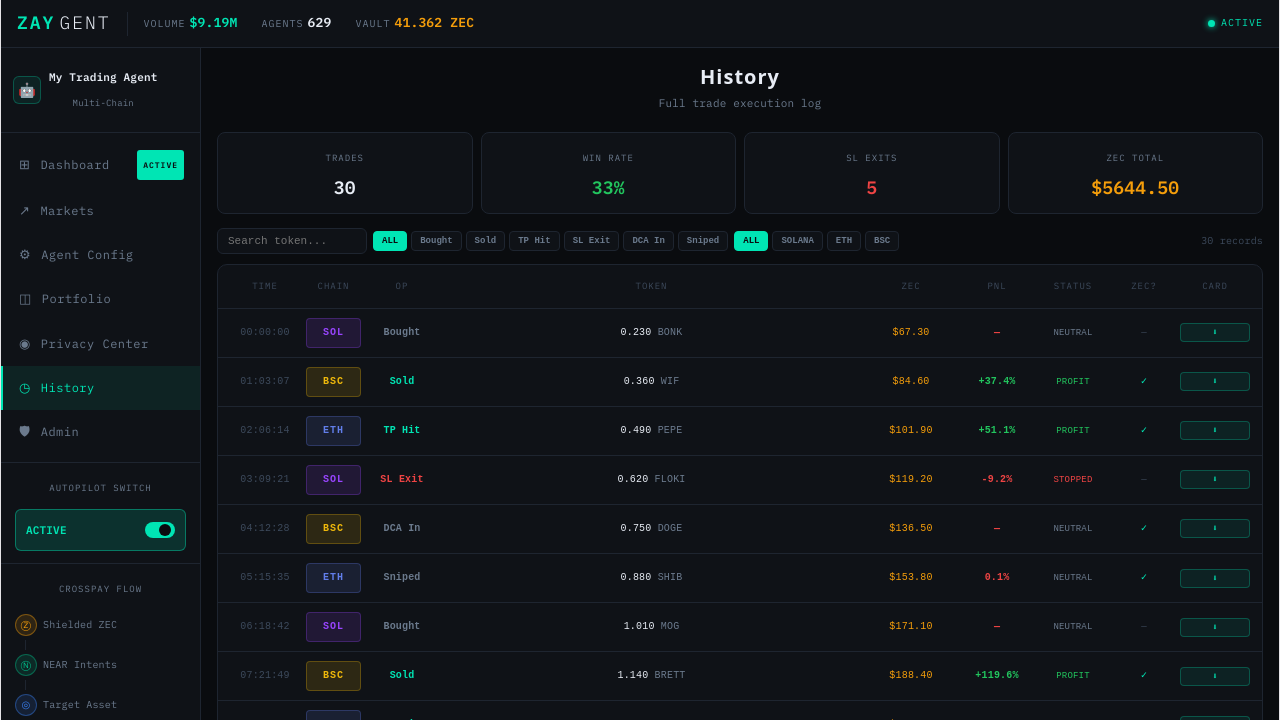
Repository: joshuaonazi/ZayAgent
Page: / (app in zaygent/), after clicking the first element matching `nav > :nth-child(6)`
An editor plug-in stored every save of this project. The page is shown before and after the next save, followed by the edit.
The browser window is 1280 px wide. The pictures show the whole page.
The page's requests for data from a server got no answer. An inner scrolling area shows only its first screen. The project was rebuilt for these pictures with package versions that can differ from the ones it lists, and the page was loaded fresh each time. No one was signed in, and anything a server would have sent is missing. Also part of the build but not shown: zaygent/vite.config.js, zaygent/src/pages/Markets.jsx, zaygent/src/pages/AgentConfig.jsx, zaygent/src/components/PnLCard.jsx, zaygent/src/components/PnLCardModal.jsx, zaygent/src/hooks/useAgentPositions.js, zaygent/src/pages/Portfolio.jsx, zaygent/src/pages/PrivacyCenter.jsx and 1 more.

Above is the page before, as saved 2026-06-22 21:07:07.

After the next save:
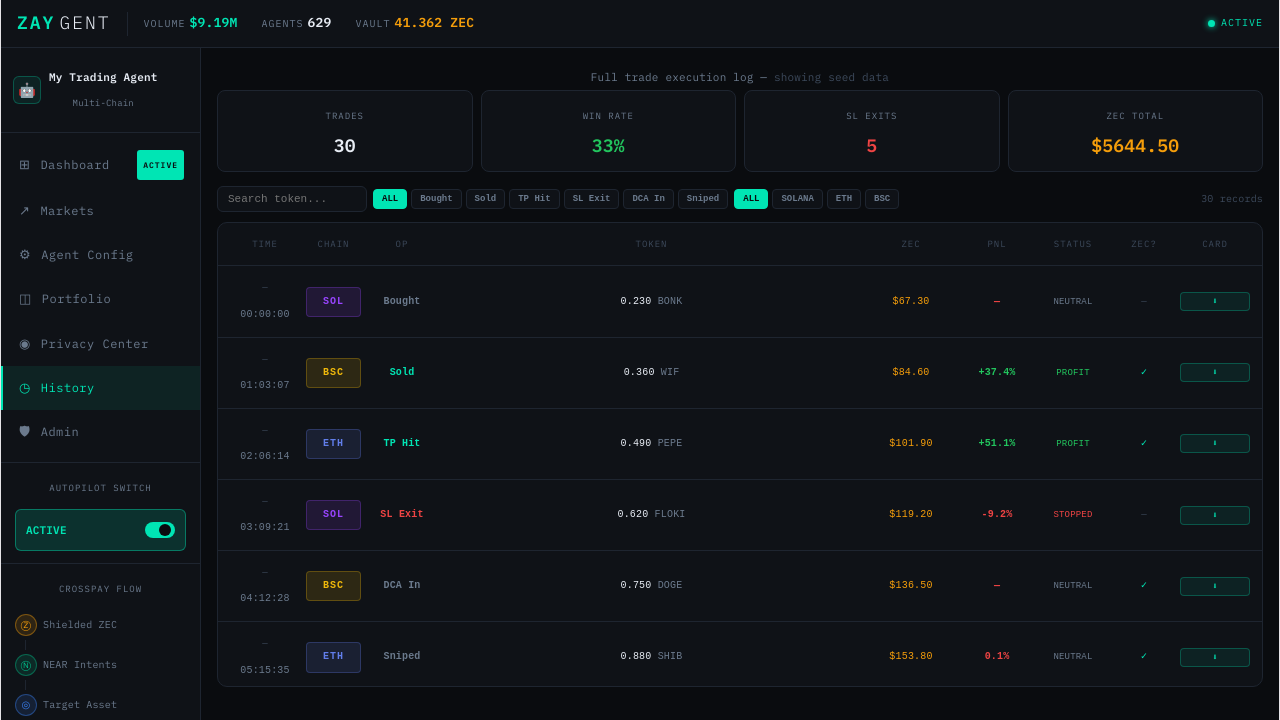
Saved 6 min 33 s later.
--- a/zaygent/src/pages/History.jsx
+++ b/zaygent/src/pages/History.jsx
@@ -41,10 +41,13 @@ const totalZec = allTrades.reduce((s, h) => s + parseFloat(h.zec || 0), 0).toFix
     <div>
       {selectedTrade && <PnLCardModal trade={selectedTrade} onClose={() => setSelectedTrade(null)} />}
 
-      <div style={{ marginBottom: 16 }}>
-        <h1 style={{ margin: 0, fontSize: isMobile ? 16 : 20, fontWeight: 600, color: COLORS.textPrimary, letterSpacing: 1 }}>History</h1>
-        <p style={{ margin: 0, fontSize: 11, color: COLORS.textSecondary }}>Full trade execution log</p>
-      </div>
+      <p style={{ margin: 0, fontSize: 11, color: COLORS.textSecondary }}>
+        Full trade execution log —{" "}
+        {liveTrades.length > 0
+          ? <span style={{ color: COLORS.teal }}>● {liveTrades.length} live trades</span>
+          : <span style={{ color: COLORS.textMuted }}>showing seed data</span>
+        }
+      </p>
 
       <div style={{ display: "grid", gridTemplateColumns: isMobile ? "1fr 1fr" : "repeat(4, 1fr)", gap: 8, marginBottom: 14 }}>
         <StatCard label="Trades"    value={HISTORY_SEED.length} />
@@ -94,7 +97,10 @@ const totalZec = allTrades.reduce((s, h) => s + parseFloat(h.zec || 0), 0).toFix
             <div style={{ maxHeight: 420, overflow: "auto" }}>
               {filtered.map(item => (
                 <div key={item.id} style={{ display: "grid", gridTemplateColumns: "70px 55px 70px 1fr 90px 70px 70px 60px 70px", gap: 6, padding: "9px 12px", borderBottom: `1px solid ${COLORS.border}`, fontSize: 10, fontFamily: "monospace", alignItems: "center" }}>
-                  <span style={{ color: COLORS.textMuted }}>{item.ts}</span>
+                    <div>
+                      <div style={{ fontSize: 9, color: COLORS.textMuted }}>{item.date || "—"}</div>
+                      <div style={{ fontSize: 10, color: COLORS.textSecondary }}>{item.ts}</div>
+                    </div>
                   <Badge chain={item.chain} />
                   <span style={{ color: item.profit ? COLORS.teal : item.op === "SL Exit" ? COLORS.red : COLORS.textSecondary, fontWeight: 600 }}>{item.op}</span>
                   <span style={{ color: COLORS.textPrimary }}>
